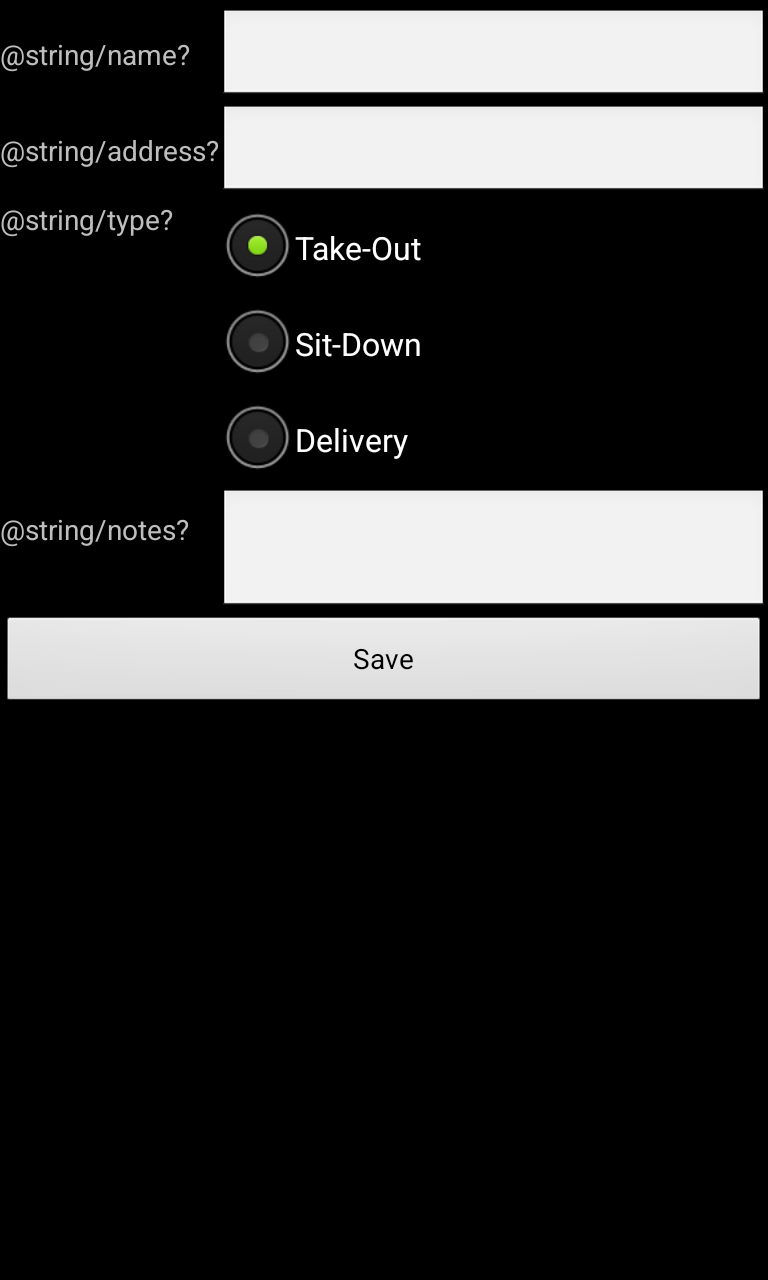
Repository: twacker/csci498android
Layout: LunchList/res/layout/detail_form.xml
These files come from the project's save history. The layout is drawn as it stood at one moment and after the next save; the edit follows.
It is drawn on a 768 x 1280 px phone screen (xhdpi) without system bars, with theme android:Theme; the app's code is not run.

Above is the layout before, as saved 2012-10-01 22:29:01.

### LunchList/res/layout/detail_form.xml
<?xml version="1.0" encoding="utf-8"?>
<ScrollView xmlns:android="http://schemas.android.com/apk/res/android"
    android:layout_width="match_parent"
    android:layout_height="wrap_content" >

    <TableLayout
        android:id="@+id/details"
        android:layout_width="match_parent"
        android:layout_height="wrap_content"
        android:paddingTop="4dip"
        android:shrinkColumns="1"
        android:stretchColumns="1" >

        <TableRow>

            <TextView android:text="@string/name?" />

            <EditText android:id="@+id/name" />
        </TableRow>

        <TableRow>

            <TextView android:text="@string/address?" />

            <EditText android:id="@+id/addr" />
        </TableRow>

        <TableRow>

            <TextView android:text="@string/type?" />

            <RadioGroup android:id="@+id/types" >

                <RadioButton
                    android:id="@+id/take_out"
                    android:checked="true"
                    android:text="@string/takeout" />

                <RadioButton
                    android:id="@+id/sit_down"
                    android:text="@string/sitdown" />

                <RadioButton
                    android:id="@+id/delivery"
                    android:text="@string/delivery" />
            </RadioGroup>
        </TableRow>

        <TableRow>

            <TextView android:text="@string/notes?" />

            <EditText
                android:id="@+id/notes"
                android:gravity="top"
                android:lines="2"
                android:maxLines="2"
                android:maxWidth="200sp"
                android:scrollHorizontally="false"
                android:singleLine="false" />
        </TableRow>

        <Button
            android:id="@+id/save"
            android:layout_width="match_parent"
            android:layout_height="wrap_content"
            android:text="@string/savebutton" />
    </TableLayout>

</ScrollView>

### LunchList/res/values/strings.xml
<?xml version="1.0" encoding="utf-8"?>
<resources>

    <string name="app_name">LunchList</string>

    <!-- details_form.xml -->
    <string name="name_">Name:</string>
    <string name="address_">Address:</string>
    <string name="notes_">Notes:</string>
    <string name="savebutton">Save</string>
    <string name="type_">Type:</string>
    <string name="takeout">Take-Out</string>
    <string name="sitdown">Sit-Down</string>
    <string name="delivery">Delivery</string>

    <!-- DetailsForm.java -->
    <string name="sit_down">sit_down</string>
    <string name="take_out">take_out</string>
    <string name="_delivery">delivery</string>

    <!-- main.xml -->
    <string name="emptylistmsg">Click the MENU button to add a restaurant!</string>

    <!-- preferences.xml -->
    <string name="sorttitle">Sort Order</string>
    <string name="sortdialogtitle">Choose a sort order</string>
    <string name="sortsummary">Choose the order the list uses</string>

    <!-- LunchList.java -->
    <string name="id_extra">apt.tutorial._ID</string>
    <string name="sortorder">sort_order</string>

</resources>

After the next save:
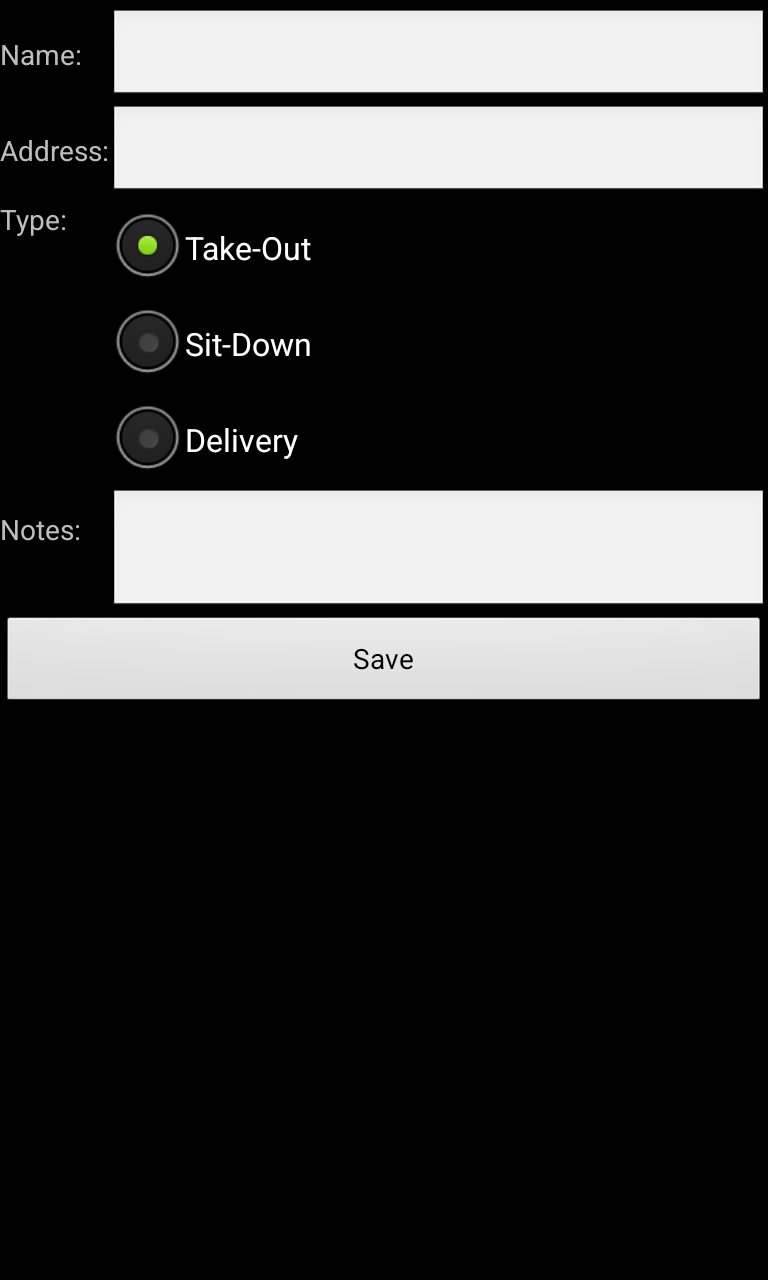
Saved 18 s later.
--- a/LunchList/res/layout/detail_form.xml
+++ b/LunchList/res/layout/detail_form.xml
@@ -13,21 +13,21 @@
 
         <TableRow>
 
-            <TextView android:text="@string/name?" />
+            <TextView android:text="@string/name_" />
 
             <EditText android:id="@+id/name" />
         </TableRow>
 
         <TableRow>
 
-            <TextView android:text="@string/address?" />
+            <TextView android:text="@string/address_" />
 
             <EditText android:id="@+id/addr" />
         </TableRow>
 
         <TableRow>
 
-            <TextView android:text="@string/type?" />
+            <TextView android:text="@string/type_" />
 
             <RadioGroup android:id="@+id/types" >
 
@@ -48,7 +48,7 @@
 
         <TableRow>
 
-            <TextView android:text="@string/notes?" />
+            <TextView android:text="@string/notes_" />
 
             <EditText
                 android:id="@+id/notes"
